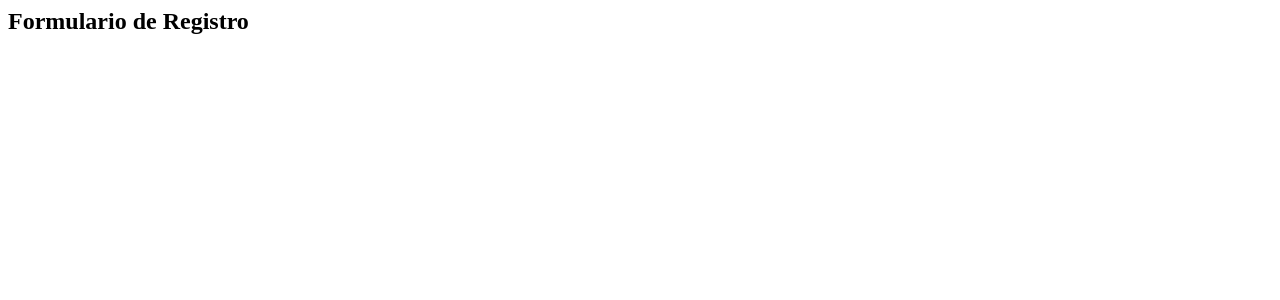
Repository: jchemile/varios
Page: pildoras_informaticas/javaee/Primeros_pasos_JSP/WebContent/Formulario-Registro.html
The author's editor kept a copy of each file at every save. The page is drawn from the files as they stood at one save, then again after the next save.
The browser window is 1280 px wide. The pictures show the whole page.

Above is the page before, as saved 2020-04-19 22:29:55.

### pildoras_informaticas/javaee/Primeros_pasos_JSP/WebContent/Formulario-Registro.html
<html>
<body>

<h2>Formulario de Registro</h2>

<form action="Registro.jsp"></form>

</body>
</html>

After the next save:
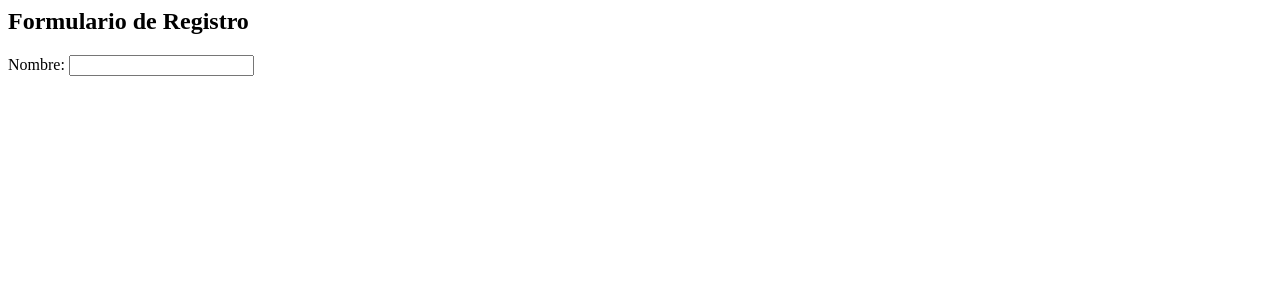
Saved 40 s later.
--- a/pildoras_informaticas/javaee/Primeros_pasos_JSP/WebContent/Formulario-Registro.html
+++ b/pildoras_informaticas/javaee/Primeros_pasos_JSP/WebContent/Formulario-Registro.html
@@ -3,7 +3,12 @@
 
 <h2>Formulario de Registro</h2>
 
-<form action="Registro.jsp"></form>
+<form action="Registro.jsp">
+
+Nombre: <input type="text" name="nombre">
+
+
+</form>
 
 </body>
 </html>
